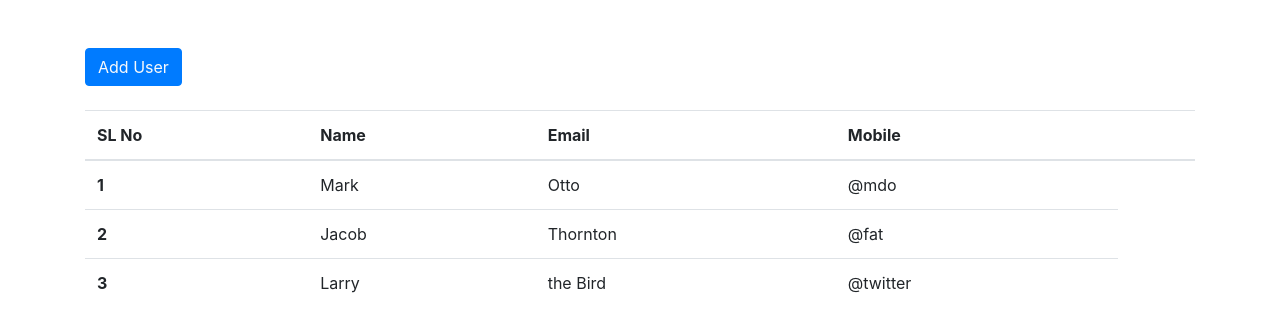
Repository: AMIT1439027/crud-app
Page: http://localhost/display.php
An editor plug-in stored every save of this project. The page is shown before and after the next save, followed by the edit.
The browser window is 1280 px wide. The pictures show the whole page.
The page is run by PHP 8.4 with error messages shown; the project is at /var/www/html/.

Above is the page before, as saved 2024-04-25 10:30:25.

### display.php
<!DOCTYPE html>
<html lang="en">
<head>
    <meta charset="UTF-8">
    <meta name="viewport" content="width=device-width, initial-scale=1.0">
    <title>crud operation</title>
    <link rel="stylesheet" href="https://cdn.jsdelivr.net/npm/bootstrap@4.0.0/dist/css/bootstrap.min.css">


</head>
<body>

<div class="container my-5">
    <button class="btn btn-primary"><a href="user.php"
    class="text-light">Add User </a></button>

    <br>
    <br>

    <table class="table">
  <thead>
    <tr>
      <th scope="col">SL No</th>
      <th scope="col">Name</th>
      <th scope="col">Email</th>
      <th scope="col">Mobile</th>
      <th>
    </tr>
  </thead>
  <tbody>
    <tr>
      <th scope="row">1</th>
      <td>Mark</td>
      <td>Otto</td>
      <td>@mdo</td>
    </tr>
    <tr>
      <th scope="row">2</th>
      <td>Jacob</td>
      <td>Thornton</td>
      <td>@fat</td>
    </tr>
    <tr>
      <th scope="row">3</th>
      <td>Larry</td>
      <td>the Bird</td>
      <td>@twitter</td>
    </tr>
  </tbody>
</table>

</div>


</body>
</html>

After the next save:
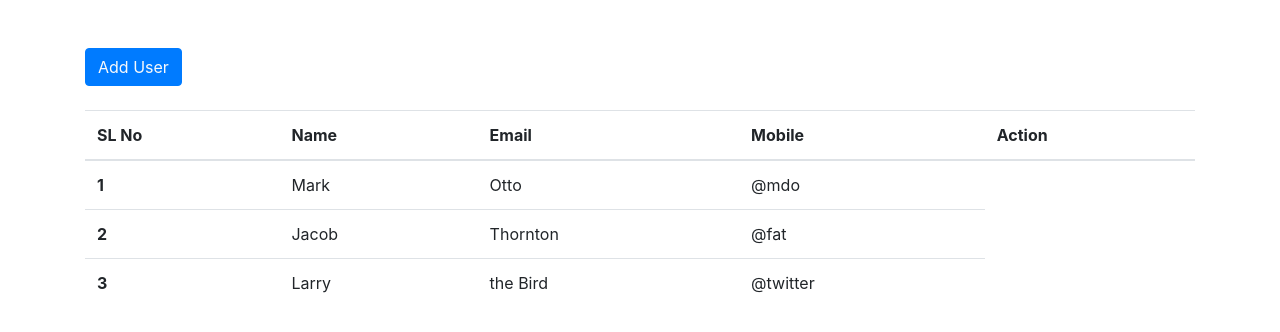
Saved 7 s later.
--- a/display.php
+++ b/display.php
@@ -24,7 +24,7 @@
       <th scope="col">Name</th>
       <th scope="col">Email</th>
       <th scope="col">Mobile</th>
-      <th>
+      <th>Action</th>
     </tr>
   </thead>
   <tbody>
